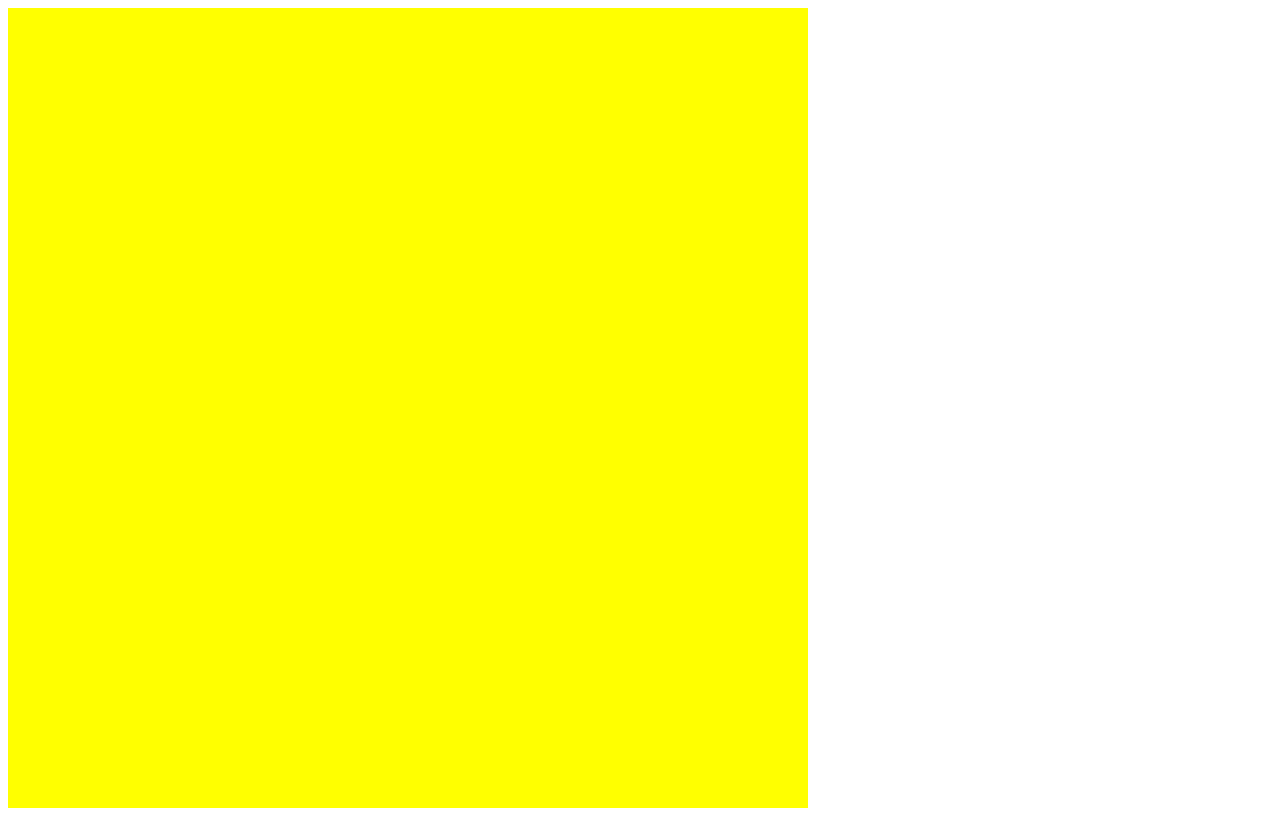
Repository: Sarah7223/internet-programming-tp
Page: TP1/ex7.html
An editor plug-in stored every save of this project. The page is shown before and after the next save, followed by the edit.
The browser window is 1280 px wide. The pictures show the whole page.

Above is the page before, as saved 2022-12-26 16:49:39.

### TP1/ex7.html
<html>
    <head>
        <style>
            .wrapper{
                width:clamp(300px,100%,800px);
            }
            .content{
                height:800px;
                width: 100%;
               background-color: yellow;
            }

        </style>
    </head>
    <body>
        <div class="wrapper">
            <div class="content">

            </div>
        </div>
    </body>
</html>

After the next save:
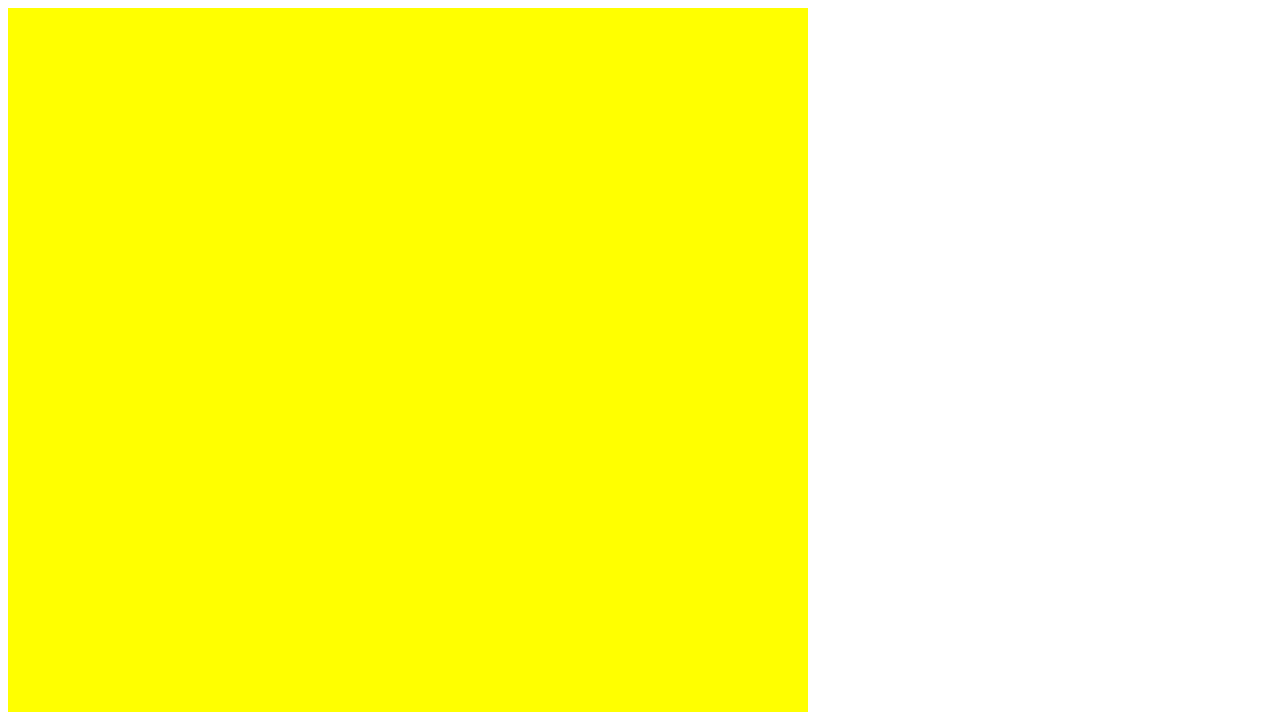
Saved 97 s later.
--- a/TP1/ex7.html
+++ b/TP1/ex7.html
@@ -5,7 +5,7 @@
                 width:clamp(300px,100%,800px);
             }
             .content{
-                height:800px;
+                height:100%;
                 width: 100%;
                background-color: yellow;
             }
